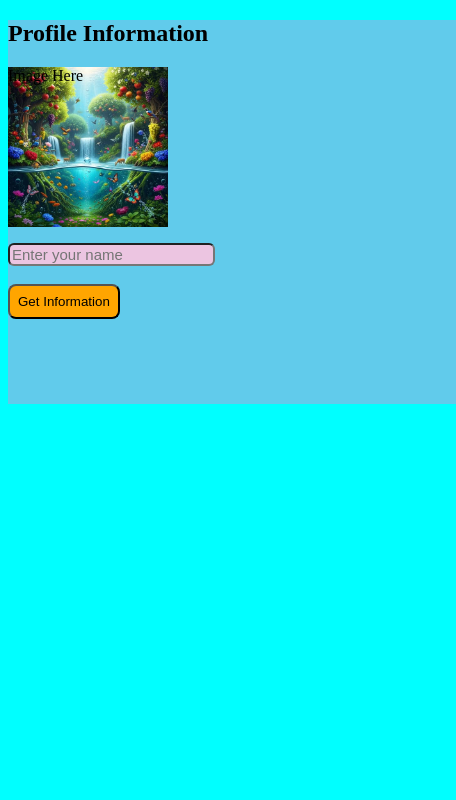
Repository: Amani-Kibet/express-app-web
Page: pages/contents/profile.html
The author's editor kept a copy of each file at every save. The page is drawn from the files as they stood at one save, then again after the next save.
The browser window is 375 px wide. The page is 456 px wide, then 377 px, so the pictures cover 456 px, including what lies to the right of the window. The pictures show the whole page.

Above is the page before, as saved 2025-09-28 16:56:08.

### pages/contents/profile.html
<!DOCTYPE html>
<head>
    <title>Profile Page</title>
    <style>
        body{
            background-color: cyan;
        }
        #container{
            background-color: rgb(97, 203, 235);
            height: 24rem;
            width: 28rem
        }
        #image{
            background: url(/pictures/profilePic.jpg);
            background-size: cover;
            width: 10rem;
            height: 10rem;
        }
        .labels{
            color: rgb(170, 10, 10);
            font-size: 18px;
            margin-top: 1rem;
            border-radius: 6px;

        }
        #btn1{
            background-color: orange;
            padding: 8px;
            border-radius: 8px;
        }
    </style>
</head>
<body>
    <div id="container">
        <h2>Profile Information</h2>
        <div id="image">Image Here</div>
        <input type="text" id="nameT" class="labels" placeholder="Enter your name" style="font-size: 15px; background: #ecc5e1; color: rgb(0, 38, 255)">
        <p id="phoneT" class="labels"></p>
        <p id="passT" class="labels"></p>
        <button id="btn1" onclick="getInfo()">Get Information</button>
    </div>
</body>
<script>
let phoneV= document.getElementById("phoneV");
let passV= document.getElementById("passV");

function getInfo(){
let nameT= document.getElementById("nameT").value;
fetch("/path3", {
    method: "POST",
    headers: {"Content-Type": "application/json"},
    body: JSON.stringify({name: `${nameT}`})
})
.then(type=> type.json())
.then(data=>{
    let info= data.arr[0]
    phoneT.innerHTML="Phone Number: ";
    passT.innerHTML="Password: ";
    phoneT.innerHTML+= `  ${info.phone}`;
    passT.innerHTML+= `  ${info.password}`;
})
}
</script>
</html>

After the next save:
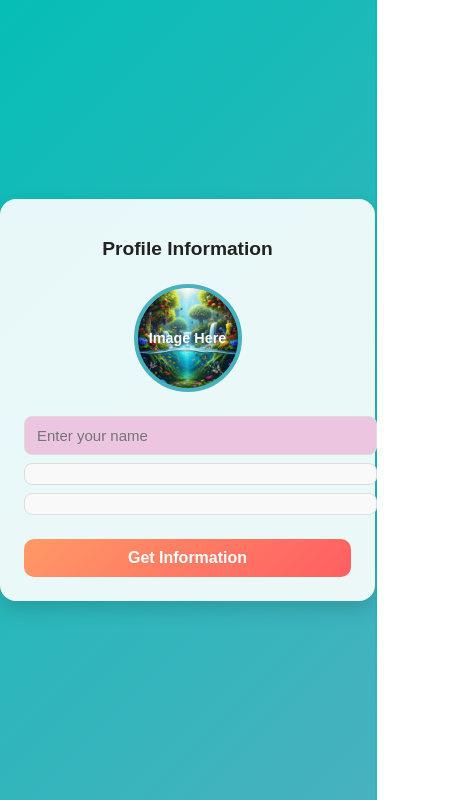
Saved 91 s later.
--- a/pages/contents/profile.html
+++ b/pages/contents/profile.html
@@ -2,32 +2,110 @@
 <head>
     <title>Profile Page</title>
     <style>
-        body{
-            background-color: cyan;
+        body {
+            margin: 0;
+            padding: 0;
+            font-family: "Poppins", sans-serif;
+            background: linear-gradient(135deg, #06beb6, #48b1bf);
+            display: flex;
+            justify-content: center;
+            align-items: center;
+            min-height: 100vh;
         }
-        #container{
-            background-color: rgb(97, 203, 235);
-            height: 24rem;
-            width: 28rem
+
+        /* Container */
+        #container {
+            background: rgba(255, 255, 255, 0.9);
+            padding: 2rem;
+            border-radius: 16px;
+            box-shadow: 0 8px 20px rgba(0, 0, 0, 0.15);
+            text-align: center;
+            width: 90%;
+            max-width: 400px;
+            transition: all 0.3s ease-in-out;
         }
-        #image{
-            background: url(/pictures/profilePic.jpg);
-            background-size: cover;
-            width: 10rem;
-            height: 10rem;
+
+        /* Heading */
+        #container h2 {
+            margin-bottom: 1.5rem;
+            color: #222;
+            font-size: 1.5rem;
         }
-        .labels{
-            color: rgb(170, 10, 10);
-            font-size: 18px;
+
+        /* Profile Image */
+        #image {
+            background: url(/pictures/profilePic.jpg) center/cover no-repeat;
+            width: 120px;
+            height: 120px;
+            margin: 0 auto 1.5rem auto;
+            border-radius: 50%;
+            border: 4px solid #48b1bf;
+            display: flex;
+            justify-content: center;
+            align-items: center;
+            color: white;
+            font-size: 0.9rem;
+            font-weight: bold;
+        }
+
+        /* Input */
+        .labels {
+            display: block;
+            width: 100%;
+            padding: 10px 12px;
+            margin: 0.5rem 0;
+            border: 1px solid #ddd;
+            border-radius: 8px;
+            font-size: 1rem;
+            outline: none;
+            background: #f9f9f9;
+            transition: border 0.2s ease-in-out, background 0.2s ease-in-out;
+        }
+
+        .labels:focus {
+            border-color: #48b1bf;
+            background: #fff;
+        }
+
+        /* Button */
+        #btn1 {
+            background: linear-gradient(135deg, #ff9966, #ff5e62);
+            color: white;
+            font-size: 1rem;
+            font-weight: bold;
+            padding: 10px 18px;
+            border: none;
+            border-radius: 10px;
             margin-top: 1rem;
-            border-radius: 6px;
+            cursor: pointer;
+            transition: transform 0.2s ease-in-out, box-shadow 0.2s ease-in-out;
+        }
 
+        #btn1:hover {
+            transform: translateY(-2px);
+            box-shadow: 0 5px 12px rgba(255, 94, 98, 0.4);
         }
-        #btn1{
-            background-color: orange;
-            padding: 8px;
-            border-radius: 8px;
+
+        /* Responsive tweaks */
+        @media (max-width: 480px) {
+            #container {
+                padding: 1.5rem;
+            }
+
+            #container h2 {
+                font-size: 1.2rem;
+            }
+
+            #image {
+                width: 100px;
+                height: 100px;
+            }
+
+            #btn1 {
+                width: 100%;
+            }
         }
+
     </style>
 </head>
 <body>
